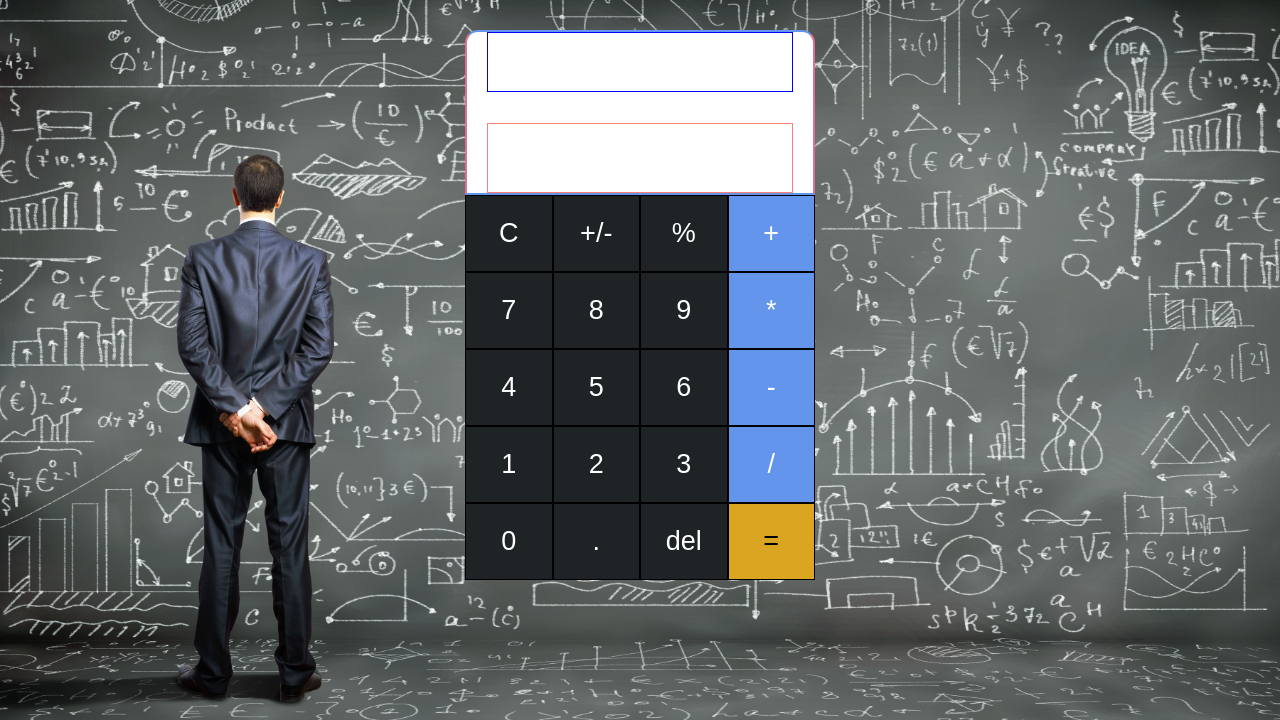
Repository: OfirLana/Calculator
Page: index.html
An editor plug-in stored every save of this project. The page is shown before and after the next save, followed by the edit.
The browser window is 1280 px wide. The pictures show the whole page.

Above is the page before, as saved 2019-03-17 21:44:39.

### index.html
<!DOCTYPE html>
<html lang="en">

<head>
    <meta charset="UTF-8">
    <meta name="viewport" content="width=device-width, initial-scale=1.0">
    <meta http-equiv="X-UA-Compatible" content="ie=edge">
    <link href="https://fonts.googleapis.com/css?family=Lato:100,300,400,700,900" rel="stylesheet">
    <title>Document</title>
    <link rel="stylesheet" href="style.css">
</head>

<body>
    <div class="calculator">
        <div class="output_box">
            <div class="main_output" ></div>
            <div class="sub_output"></div>
        </div>


        <div class="opeartor_box">
            <button class="btn dlt">C</button>
            <button class="btn">+/-</button>
            <button class="btn ">%</button>
            <button class="btn op">+</button>
            <button class="btn">7</button>
            <button class="btn">8</button>
            <button class="btn">9</button>
            <button class="btn op">*</button>
            <button class="btn">4</button>
            <button class="btn">5</button>
            <button class="btn">6</button>
            <button class="btn op">-</button>
            <button class="btn">1</button>
            <button class="btn">2</button>
            <button class="btn">3</button>
            <button class="btn op">/</button>
            <button class="btn">0</button>
            <button class="btn">.</button>
            <button class="btn">del</button>
            <button class="btn sum">=</button>


        </div>








    </div>
    <script src="index.js"></script>
</body>

</html>

### style.css
* {
    margin: 0;
    padding: 0;
    box-sizing: border-box;
}

html {
    font-size: 62.5%;
}

body {
    font-family: "Lato", sans-serif;
    font-size: 1.6rem;
    color: #777;
    padding: 3rem;
    /* background: cadetblue; */
    background:url(img/math2.jpg);
    background-size: cover;
    /* background-blend-mode: saturation; */


}

.calculator {
    display: flex;
    flex-direction: column;
    margin: 0 auto;
    width: 35rem;
    height: 55rem;
    /* border: 1px solid red; */
    border-radius: 5px;
}

.output_box {
    display: flex;
    flex-direction: column;
    flex-basis: 30%;
    border: 2px solid cornflowerblue;
    border-radius: 13px 13px 0px 0px;
    border-right: 2px solid palevioletred;
    border-left: 2px solid palevioletred;
    width: 100%;
    justify-content: space-between;
    padding:0px 20px;
    background:white;
    color:black;
    font-size:19px;
}

.main_output {
    display: flex;
    border: 1px solid blue;
    height: 6rem;
    justify-content: center;
    align-items:center;
    /* background:blue; */
  /* border:1px solid tomato; */
    width:100%;
    /* background:blue; */
    text-align:end;
    overflow: hidden;
}






.sub_output {
    display: flex;
    border: 1px solid salmon;
    height: 7rem;
    /* background:red; */
    display:flex;
    justify-content: center;
    align-items: center;
    overflow: hidden;
    /* background:tomato; */
}

.opeartor_box{
    display:flex;
    /* flex-direction: column; */
    flex-wrap:wrap;
    width:100%;
    /* border:5px solid purple; */
    flex-basis:70%;
}

.btn{
    width:25%;
    height:20%;
    background:#1E2326;
    border: 1px solid black;
    color:white;
    font-size:27px;
    font-weight:100;
    cursor: pointer;
}

.btn:active{
    background:blue;
    border:1px solid black;
}
.btn:hover{
    opacity:0.8;
}
.op {
    background:cornflowerblue;
}

.sum{
    background:goldenrod;
    color:black;
}

Loaded but not shown: index.js (no copy from this time; the picture is the same without it)

After the next save:
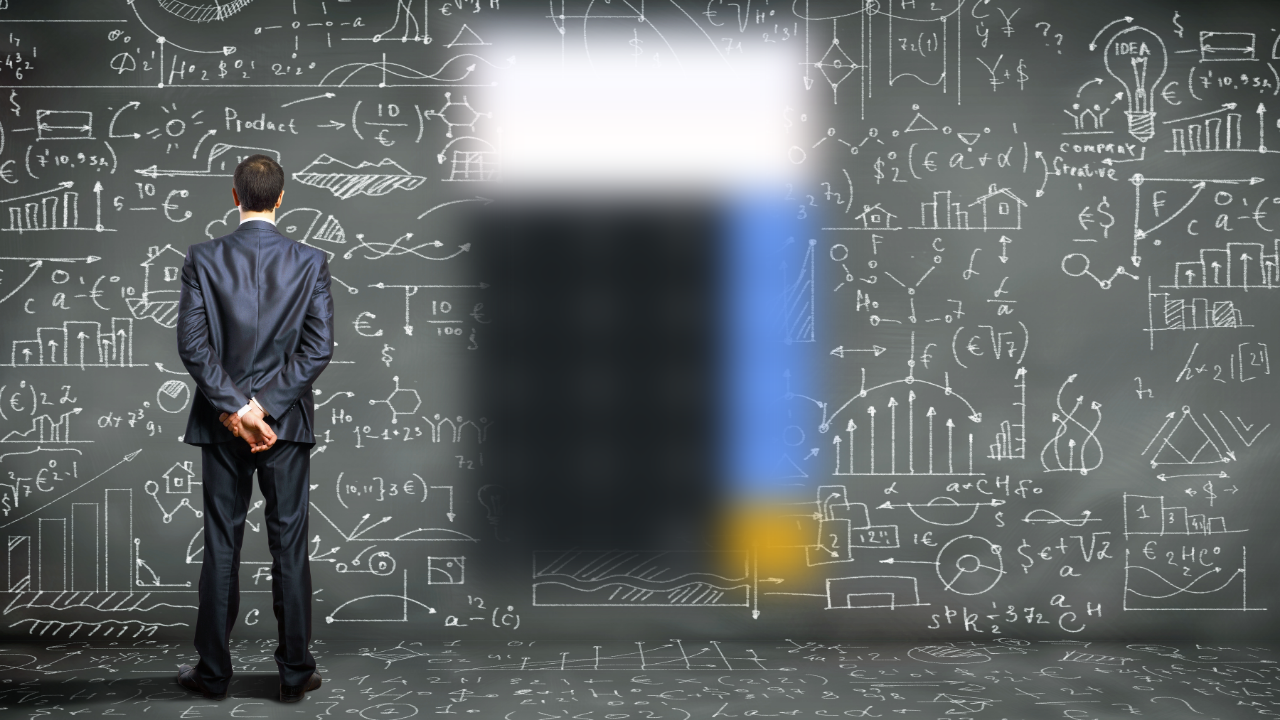
Saved 24 s later.
--- a/style.css
+++ b/style.css
@@ -17,7 +17,7 @@
     background:url(img/math2.jpg);
     background-size: cover;
     /* background-blend-mode: saturation; */
-
+    filter: blur(20px);
 
 }
 

After the save that followed:
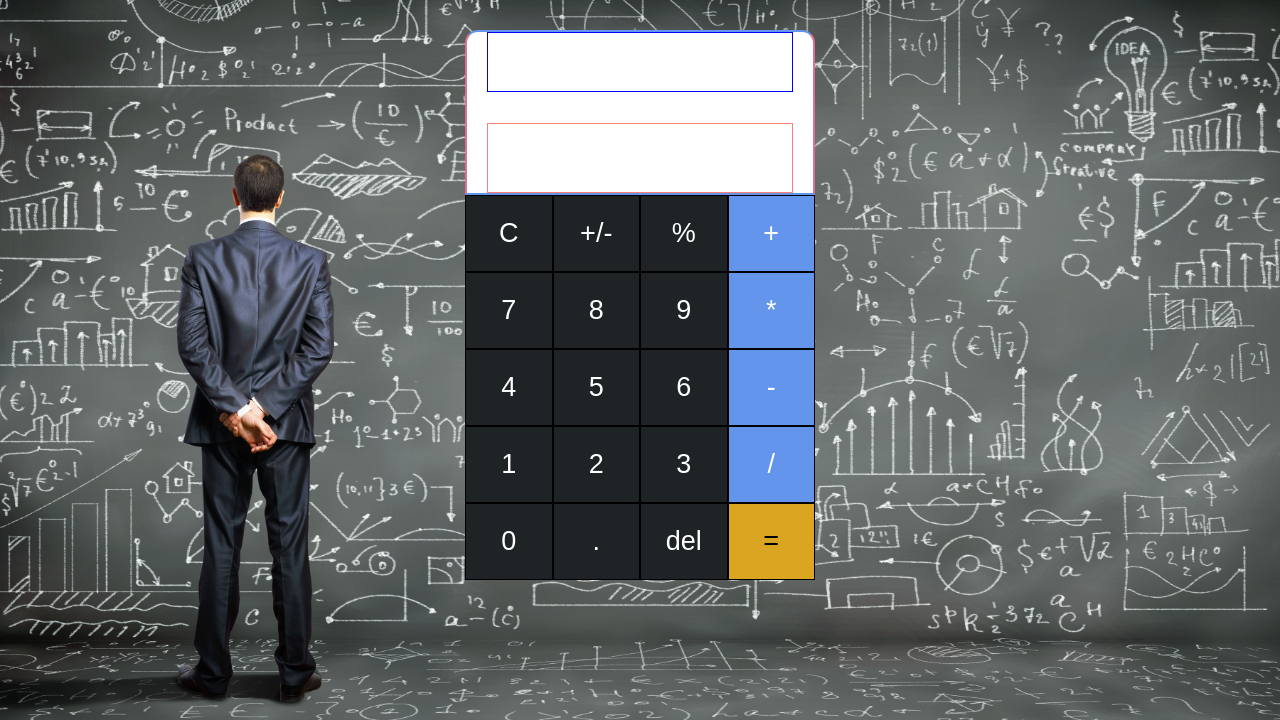
Saved 9 s later.
--- a/style.css
+++ b/style.css
@@ -17,7 +17,7 @@
     background:url(img/math2.jpg);
     background-size: cover;
     /* background-blend-mode: saturation; */
-    filter: blur(20px);
+    /* filter: blur(20px); */
 
 }
 
